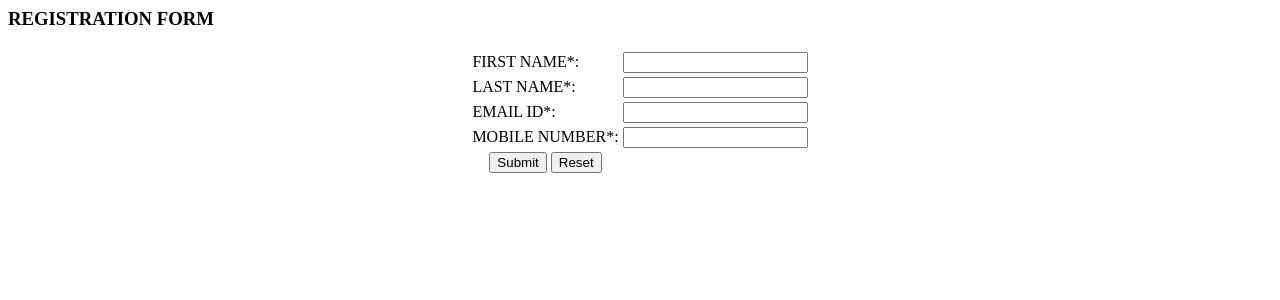
Repository: varshaumeshhs55/ServletProject
Page: ServletJdbcApp/WebContent/registrationpage.html
An editor plug-in stored every save of this project. The page is shown before and after the next save, followed by the edit.
The browser window is 1280 px wide. The pictures show the whole page.

Above is the page before, as saved 2019-01-23 08:51:43.

After the next save:
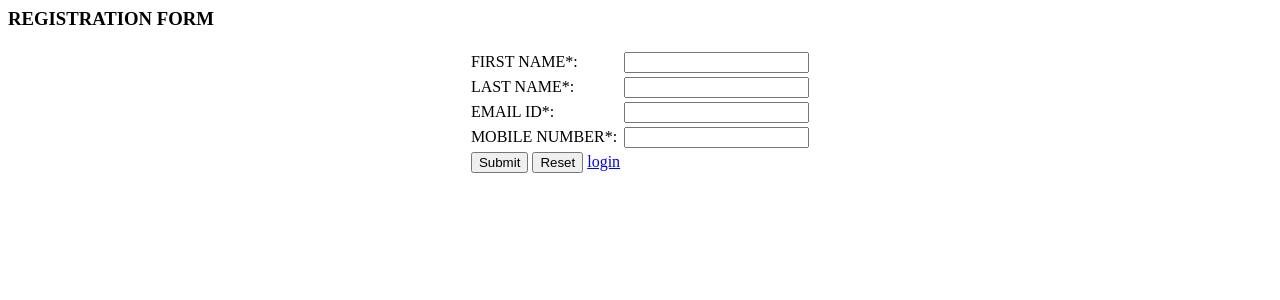
Saved 3 min 30 s later.
--- a/ServletJdbcApp/WebContent/registrationpage.html
+++ b/ServletJdbcApp/WebContent/registrationpage.html
@@ -51,8 +51,10 @@
 <td align="center">
 <input type="submit" value="Submit">
 <input type="reset" value="Reset">
+<a href="loginpage.html" >login</a>
 </td>
 </tr>
+
 </table>
  </form>
 </form>

After the save that followed:
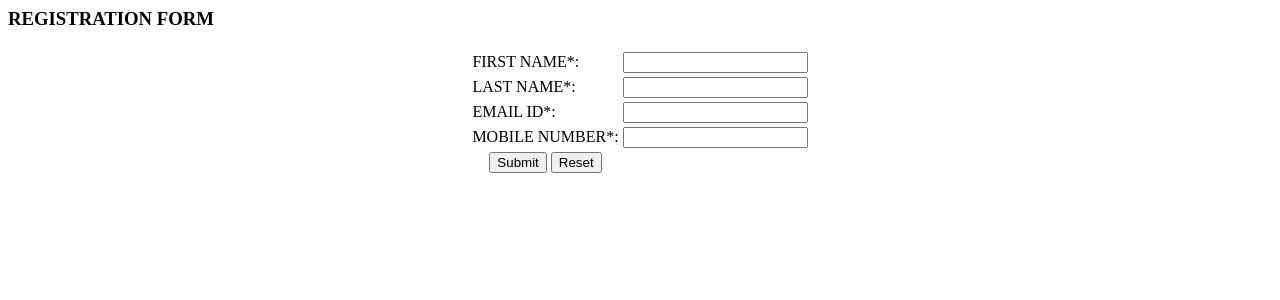
Saved 14 s later.
--- a/ServletJdbcApp/WebContent/registrationpage.html
+++ b/ServletJdbcApp/WebContent/registrationpage.html
@@ -51,10 +51,9 @@
 <td align="center">
 <input type="submit" value="Submit">
 <input type="reset" value="Reset">
-<a href="loginpage.html" >login</a>
+
 </td>
 </tr>
-
 </table>
  </form>
 </form>
